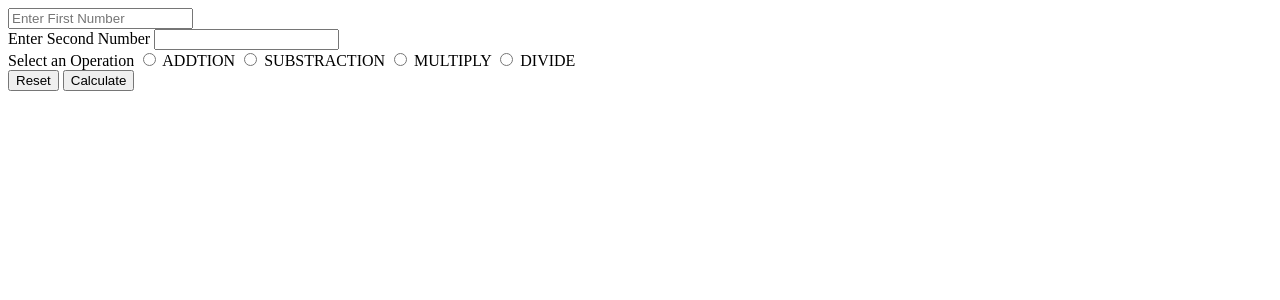
Repository: VIJAYkollu-7568/rakhi
Page: ServletProject/src/main/webapp/calculator.html
An editor plug-in stored every save of this project. The page is shown before and after the next save, followed by the edit.
The browser window is 1280 px wide. The pictures show the whole page.

Above is the page before, as saved 2024-11-04 04:14:54.

After the next save:
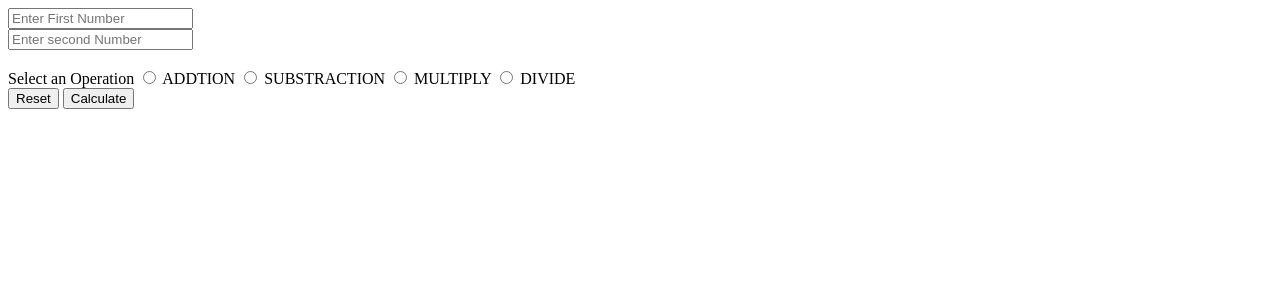
Saved 44 s later.
--- a/ServletProject/src/main/webapp/calculator.html
+++ b/ServletProject/src/main/webapp/calculator.html
@@ -8,7 +8,8 @@
 <body>
 <form action="CalculatorServlet" >
 <input type="text" placeholder="Enter First Number " name="txtN1" ><br>
-Enter Second Number <input type="text" name="txtN2" ><br>
+<input type="text"  placeholder="Enter second Number " name="txtN2" ><br>
+<br>
 Select an Operation <input type="radio" name="opr" value="+">
 ADDTION <input type="radio" name="opr" value="-">
 SUBSTRACTION <input type="radio" name="opr" value="*">
